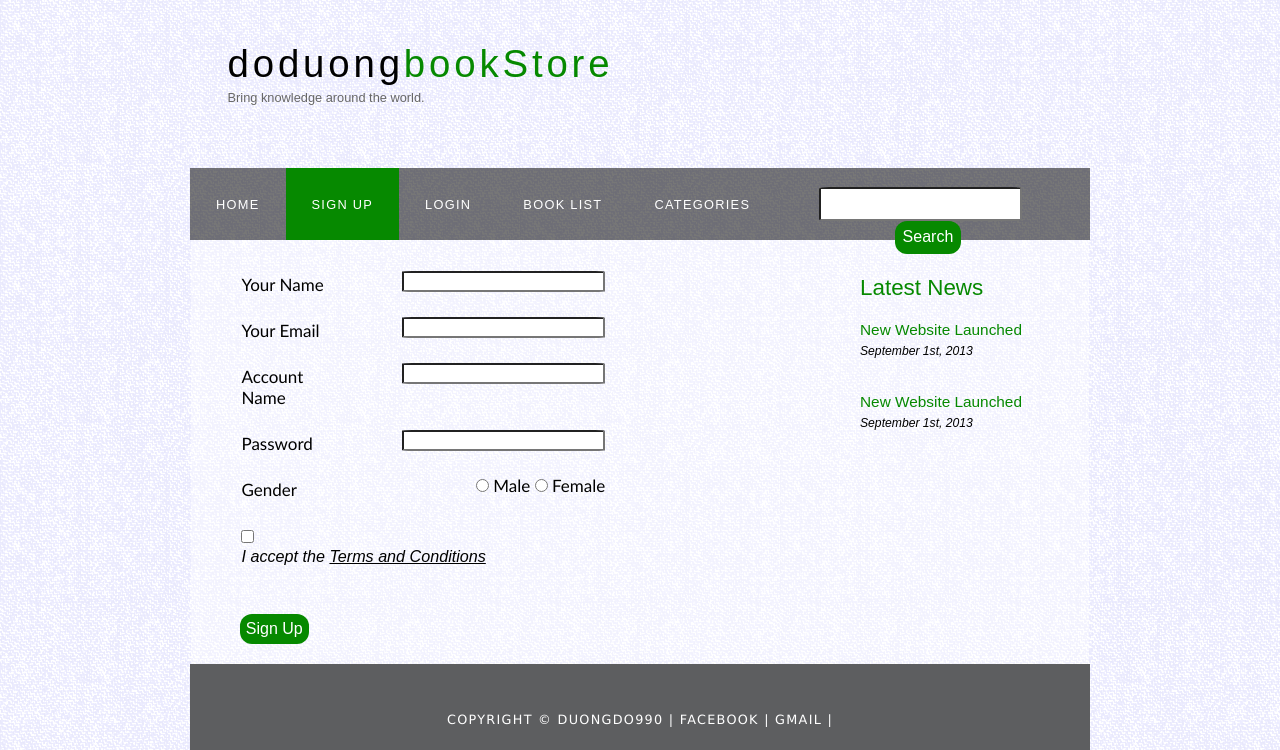
Repository: ngttuyen/JavaWeb
Page: http://localhost/MyWebsite/signup.jsp
The author's editor kept a copy of each file at every save. The page is drawn from the files as they stood at one save, then again after the next save.
The browser window is 1280 px wide. The pictures show the whole page.
The page is served by Tomcat 9.

Above is the page before, as saved 2019-06-01 15:44:38.

After the next save:
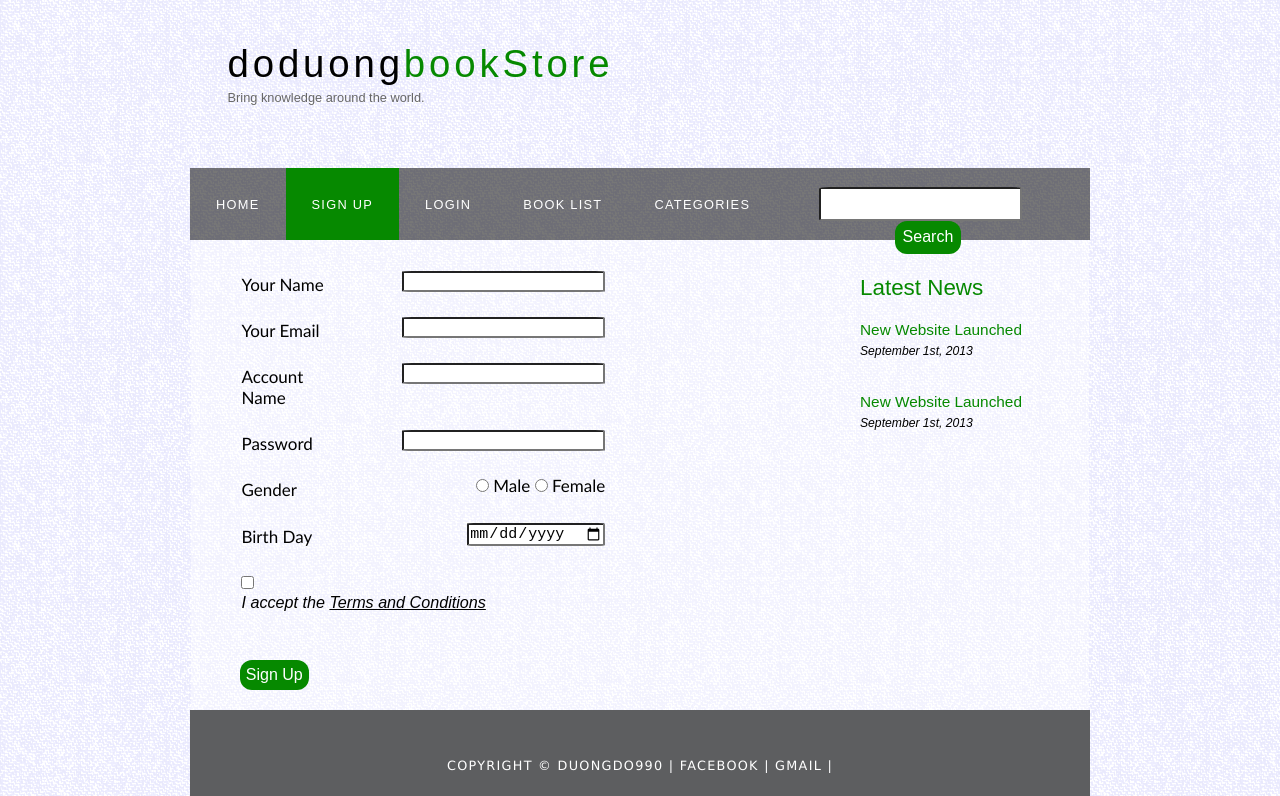
Saved 19 min 36 s later.
--- a/MyWebsite/WebContent/signup.jsp
+++ b/MyWebsite/WebContent/signup.jsp
@@ -62,6 +62,11 @@
 									Female</td>
 						</tr>
 						<tr>
+							<td><label>Birth Day</label></td>
+							<td class="right"><input type="date" name="dob"
+								class="styled-input"></td>
+						</tr>
+						<tr>
 							<td colspan="2"><input type="checkbox" required name="terms">
 							<h5>
 									I accept the <u>Terms and Conditions</u>
